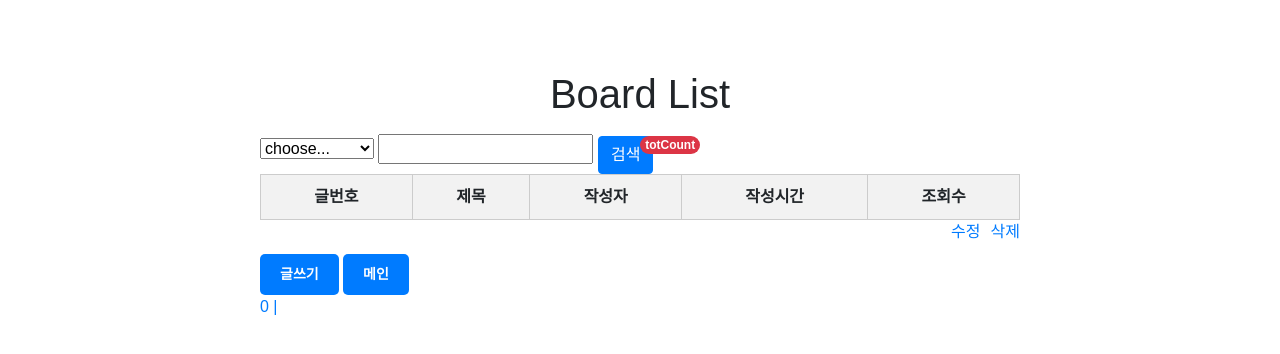
Repository: donghoonshin96/20230601
Page: http://localhost/jsp_project3/board/list.jsp
These files come from the project's save history. The page is drawn as it stood at one moment and after the next save; the edit follows.
The browser window is 1280 px wide. The pictures show the whole page.
Some web libraries are served in a nearby version. The page is served by Tomcat 9. The template is opened directly, without the code that normally fills it, so the values that code supplies are empty.

Above is the page before, as saved 2023-05-24 08:23:47.

After the next save:
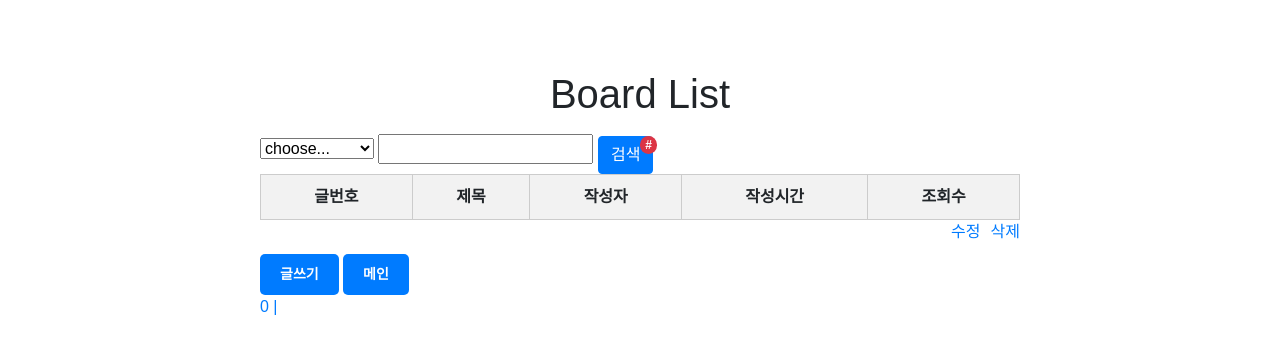
Saved 9 s later.
--- a/jsp_project3/jsp_project3/src/main/webapp/board/list.jsp
+++ b/jsp_project3/jsp_project3/src/main/webapp/board/list.jsp
@@ -105,7 +105,7 @@ button:hover {
 				<button type="button" class="btn btn-primary position-relative">
 					검색 <span
 						class="position-absolute top-0 start-100 translate-middle badge rounded-pill bg-danger">
-						totCount<span class="visually-hidden"></span>
+						#<span class="visually-hidden"></span>
 					</span>
 				</button>
 			</div>
